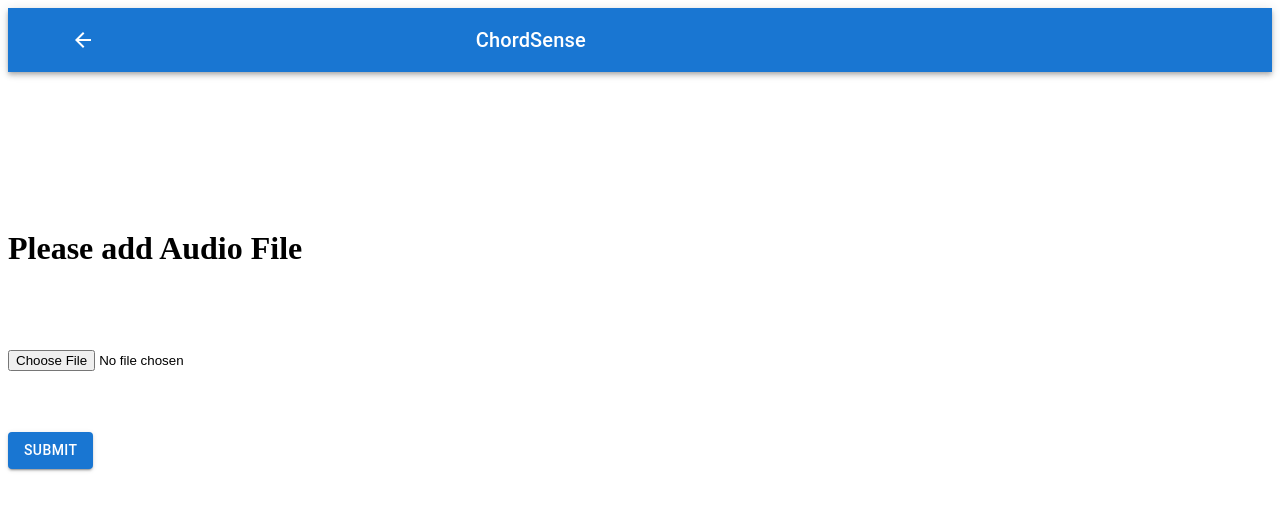
Repository: shamu332/ChordSense
Page: / (app in ui/)
An editor plug-in stored every save of this project. The page is shown before and after the next save, followed by the edit.
The browser window is 1280 px wide. The pictures show the whole page.
The project was rebuilt for these pictures with package versions that can differ from the ones it lists, and the page was loaded fresh each time. Also part of the build but not shown: ui/src/pages/Results.js.

Above is the page before, as saved 2023-03-11 15:34:12.

### ui/src/index.js

import React from "react";
import ReactDOM from "react-dom";
import { BrowserRouter as Router, Routes, Route } from "react-router-dom";
import Results from "./pages/Results";
import Landing from "./pages/Landing";

ReactDOM.render(
  <>
    <Router>
      <Routes>
        <Route path="/" element={<Landing />} />
        <Route path="/results" element={<Results />} />
      </Routes>
    </Router>
  </>,
  document.getElementById("root")
);

### ui/src/pages/Landing.js
import React, { useState, ChangeEvent } from "react";
import Header from "../Header";
import CircularProgress from "@mui/material/CircularProgress";
import UploadFileIcon from '@mui/icons-material/UploadFile';
import Button from '@mui/material/Button';
import { useNavigate } from "react-router-dom";

function Scanner() {
  const [loader, setLoader] = useState(false);
  const [selectedFile, setSelectedFile] = useState();
  const [isFilePicked, setIsFilePicked] = useState(false);
  let navigate = useNavigate();

  function toggleLoader() {
    setLoader(!loader);
  }


const changeHandler = (event) => {
	setSelectedFile(event.target.files[0]);
	setIsFilePicked(true);
};

const handleSubmission = () => {
};


  return (
    <>
      <Header />
      <div
        style={{
          display: "flex",
          alignItems: "flex-end",
          height: "30vh",
        }}
      >
        <h1>
            Please add Audio File
        </h1>
      </div>
      {loader ? (
        <div
          style={{
            display: "flex",
            justifyContent: "center",
            alignItems: "center",
            height: "30vh",
          }}
        >
          <CircularProgress />
        </div>
      ) : (
        <>
          <div
            style={{
              display: "flex",
              alignItems: "center",
              height:"20vh",
            }}
          >
            <input type="file" name="file" onChange={changeHandler} />

                {isFilePicked ? (
                    <div>
                        <p>Filename: {selectedFile.name}</p>
                        <p>Filetype: {selectedFile.type}</p>
                        <p>Size in bytes: {selectedFile.size}</p>
                        <p>
                            lastModifiedDate:{' '}
                            {selectedFile.lastModifiedDate.toLocaleDateString()}
                        </p>
                    </div>
                ) : (
                    <p></p>
                )}
          </div>
          <div
            style={{
              display: "flex",
            }}
          >
            <Button
              onClick={handleSubmission}
              variant="contained"
            >
              Submit
            </Button>
          </div>
        </>
      )}
    </>
  );
}

export default Scanner;

### ui/src/Header.js
import * as React from "react";
import AppBar from "@mui/material/AppBar";
import Box from "@mui/material/Box";
import Toolbar from "@mui/material/Toolbar";
import Typography from "@mui/material/Typography";
import IconButton from "@mui/material/IconButton";
import ArrowBackIcon from "@mui/icons-material/ArrowBack";
import { useNavigate } from "react-router-dom";

export default function Header() {
  const navigate = useNavigate();
  return (
    <Box sx={{ flexGrow: 1 }}>
      <AppBar position="static">
        <Toolbar>
          <IconButton
            size="large"
            edge="start"
            color="inherit"
            aria-label="menu"
            sx={{ mr: 2 }}
          ></IconButton>
          <ArrowBackIcon
            onClick={() => navigate(-1)}
            sx={{ position: "absolute", left: "5%" }}
          />
          <Typography
            variant="h6"
            component="div"
            sx={{ flexGrow: 1, position: "absolute", left: "37%" }}
          >
            ChordSense
          </Typography>
        </Toolbar>
      </AppBar>
    </Box>
  );
}

Loaded but not shown: ui/public/index.html (common file)

After the next save:
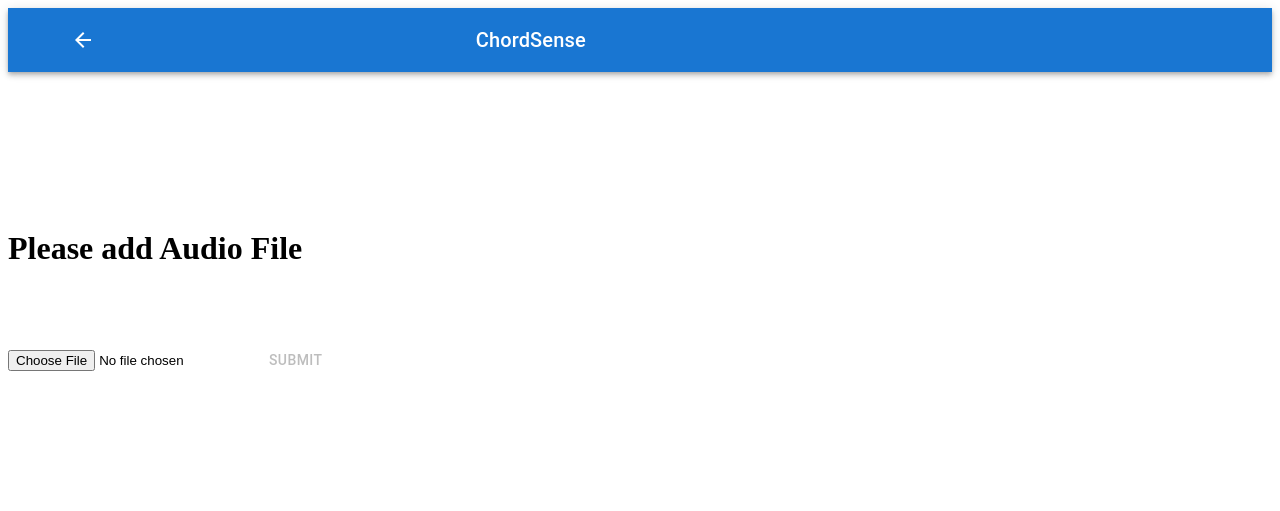
Saved 5 min 38 s later.
--- a/ui/src/pages/Landing.js
+++ b/ui/src/pages/Landing.js
@@ -21,8 +21,6 @@ const changeHandler = (event) => {
 	setIsFilePicked(true);
 };
 
-const handleSubmission = () => {
-};
 
 
   return (
@@ -62,30 +60,38 @@ const handleSubmission = () => {
             <input type="file" name="file" onChange={changeHandler} />
 
                 {isFilePicked ? (
+                    <>
                     <div>
                         <p>Filename: {selectedFile.name}</p>
                         <p>Filetype: {selectedFile.type}</p>
                         <p>Size in bytes: {selectedFile.size}</p>
-                        <p>
-                            lastModifiedDate:{' '}
-                            {selectedFile.lastModifiedDate.toLocaleDateString()}
-                        </p>
                     </div>
+                    <div
+                    style={{
+                      display: "flex",
+                    }}
+                  >
+                    <Button
+                      onClick={toggleLoader}
+                      variant="contained"
+                    >
+                      Submit
+                    </Button>
+                  </div>
+                  </>
                 ) : (
-                    <p></p>
-                )}
-          </div>
-          <div
+                    <div
             style={{
               display: "flex",
             }}
           >
             <Button
-              onClick={handleSubmission}
-              variant="contained"
+              disabled
             >
               Submit
             </Button>
+          </div>
+                )}
           </div>
         </>
       )}
